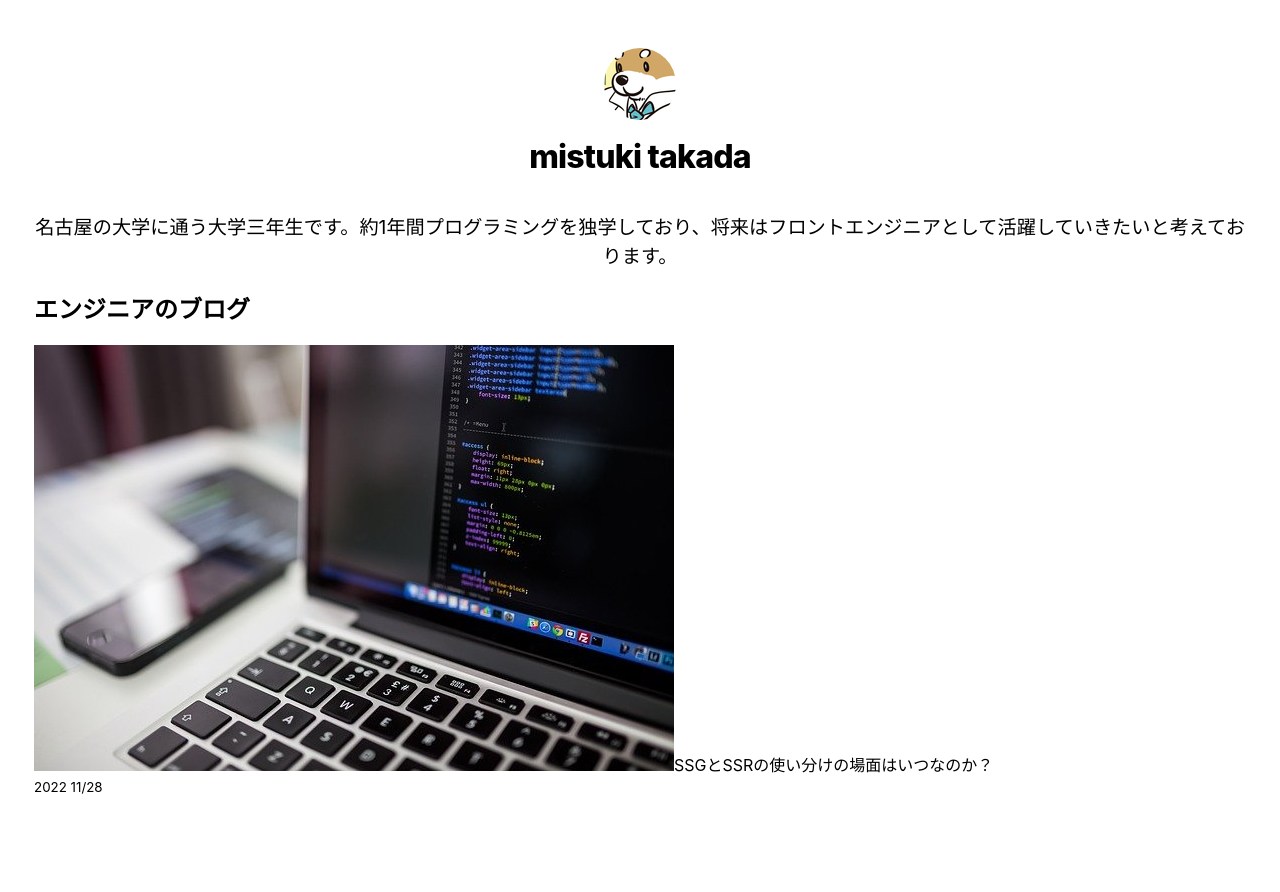
Repository: MitukiTakada/next-practice
Page: /
An editor plug-in stored every save of this project. The page is shown before and after a run of saves, followed by the edit.
The browser window is 1280 px wide. The pictures show the whole page.
The project was rebuilt for these pictures with package versions that can differ from the ones it lists, and the page was loaded fresh each time. The framework's server and built-in components were replaced by stand-ins that run in the browser. Also part of the build but not shown: next.config.js.

Above is the page before, as saved 2022-10-01 16:26:13.

After the next 3 saves:
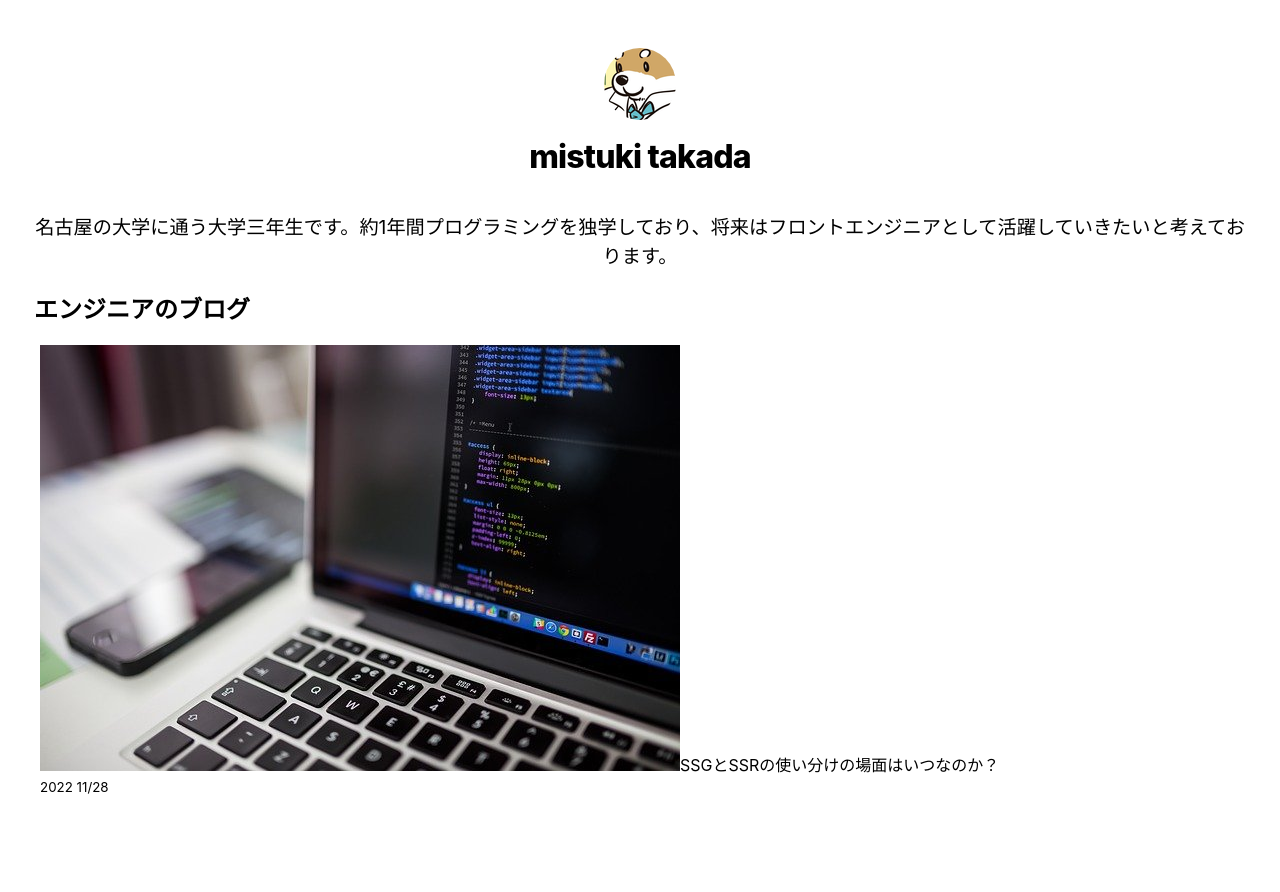
The 3 saves are shown as one change because they came seconds apart.
The last was saved 46 s later.
--- a/pages/index.js
+++ b/pages/index.js
@@ -13,7 +13,7 @@
       </section>
       <section>
         <h2>エンジニアのブログ</h2>
-        <div>
+        <div className={styles.grid}>
           <article>
             <Link href="/">
               <img src="/images/thumbnail01.jpg"/>
